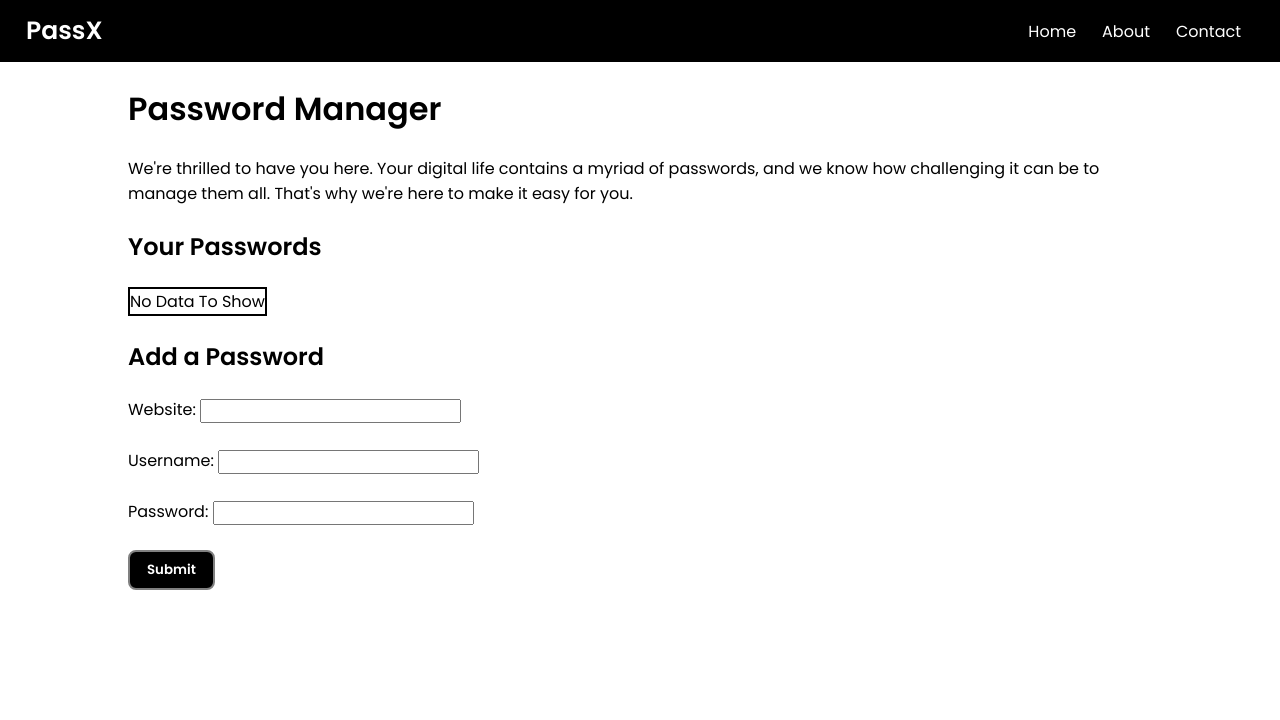
Repository: Abhi2807ar/PASSWORD-MANAGER
Page: index.html
An editor plug-in stored every save of this project. The page is shown before and after the next save, followed by the edit.
The browser window is 1280 px wide. The pictures show the whole page.

Above is the page before, as saved 2024-10-14 19:06:31.

After the next save:
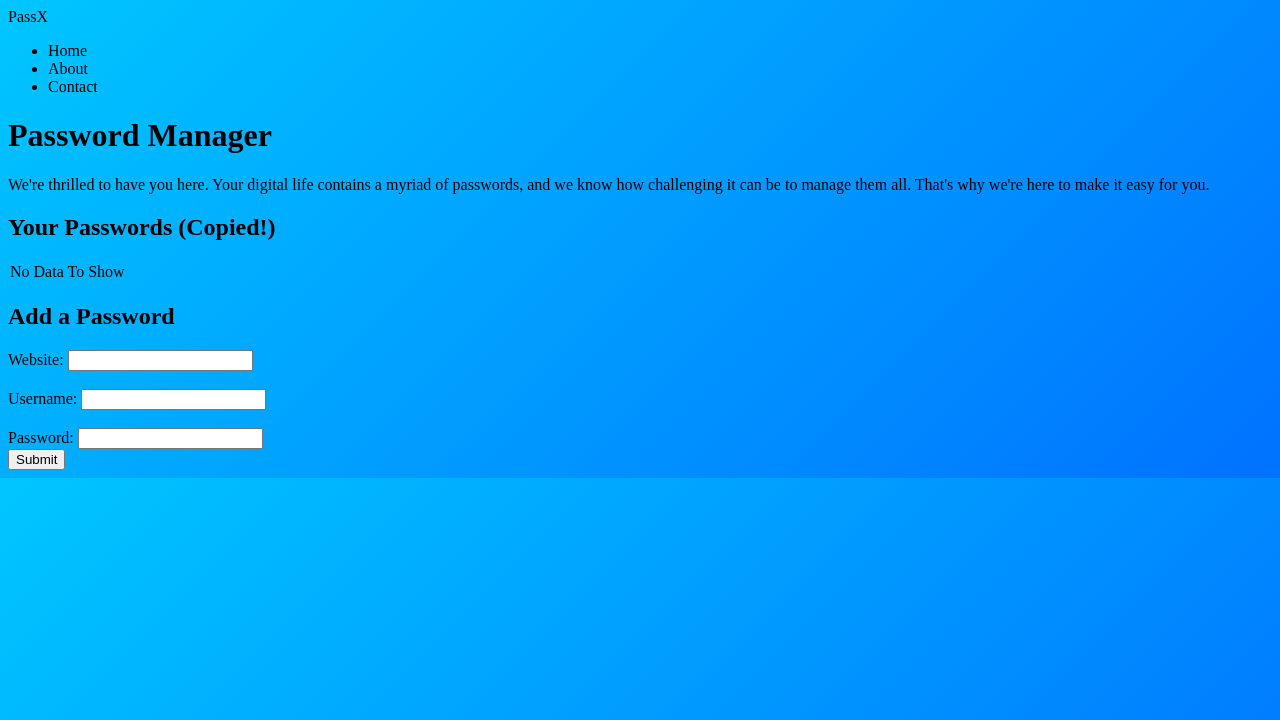
Saved 2 min 22 s later.
--- a/style.css
+++ b/style.css
@@ -1,102 +1,3 @@
-@import url('https://fonts.googleapis.com/css2?family=Noto+Sans:ital,wght@0,700;1,300&family=Poppins:wght@300;400;600&display=swap');
-
-* {
-    margin: 0;
-    padding: 0;
-    font-family: 'Noto Sans', sans-serif;
-    font-family: 'Poppins', sans-serif;
+body {
+    background: linear-gradient(135deg, #00c6ff, #0072ff);
 }
-
-nav {
-    background-color: black;
-    color: white;
-    padding: 12px 3px;
-    display: flex;
-    justify-content: space-between;
-}
-
-.logo{
-    margin: 0 23px;
-    font-weight: 800;
-    font-size: 25px;
-    cursor: pointer;
-}
-
-ul {
-    display: flex;
-    margin: 0 23px;
-    align-items: center;
-}
-
-ul > li {
-    list-style: none;
-    margin: 0 13px;
-    cursor: pointer;
-}
-
-ul > li:hover{
-    color: white;
-
-}
-
-table, td, tr{
-    border: 2px solid black;
-    border-collapse: collapse;
-    padding: 5px 13px;
-}
-
-.container {
-    max-width: 80vw;
-    margin: 23px auto;
-}
-
-h1, h2, h3 {
-    margin: 23px 0;
-}
-
-.btn{
-    padding: 8px 17px;
-    background: black;
-    color: white;
-    font-weight: 900;
-    border: 2px solid gray;
-    border-radius: 8px;
-    margin: 25px 0;
-    cursor: pointer;
-}
-
-.btnsm{
-    padding: 8px 17px;
-    background: black;
-    color: white;
-    font-weight: 900;
-    border: 2px solid gray;
-    border-radius: 8px;
-    cursor: pointer;
-}
-
-img{
-    cursor: pointer;
-    position: relative;
-    bottom: 7px;
-    width: 15px;
-    height: 13px;
-}
-
-#alert{
-    display: none;
-}
-
-img:hover {
-    transform: rotate(10deg); /* Slight rotate effect on hover */
-}
-.btnsm:hover {
-    background: #ff5722;
-    border-color: #ff9800;
-    transform: translateY(-2px); /* Lift effect */
-}
-.btn:hover {
-    background: #ff5722; /* Vibrant hover color */
-    border-color: #ff9800;
-    transform: translateY(-2px); /* Lift effect */
-}
